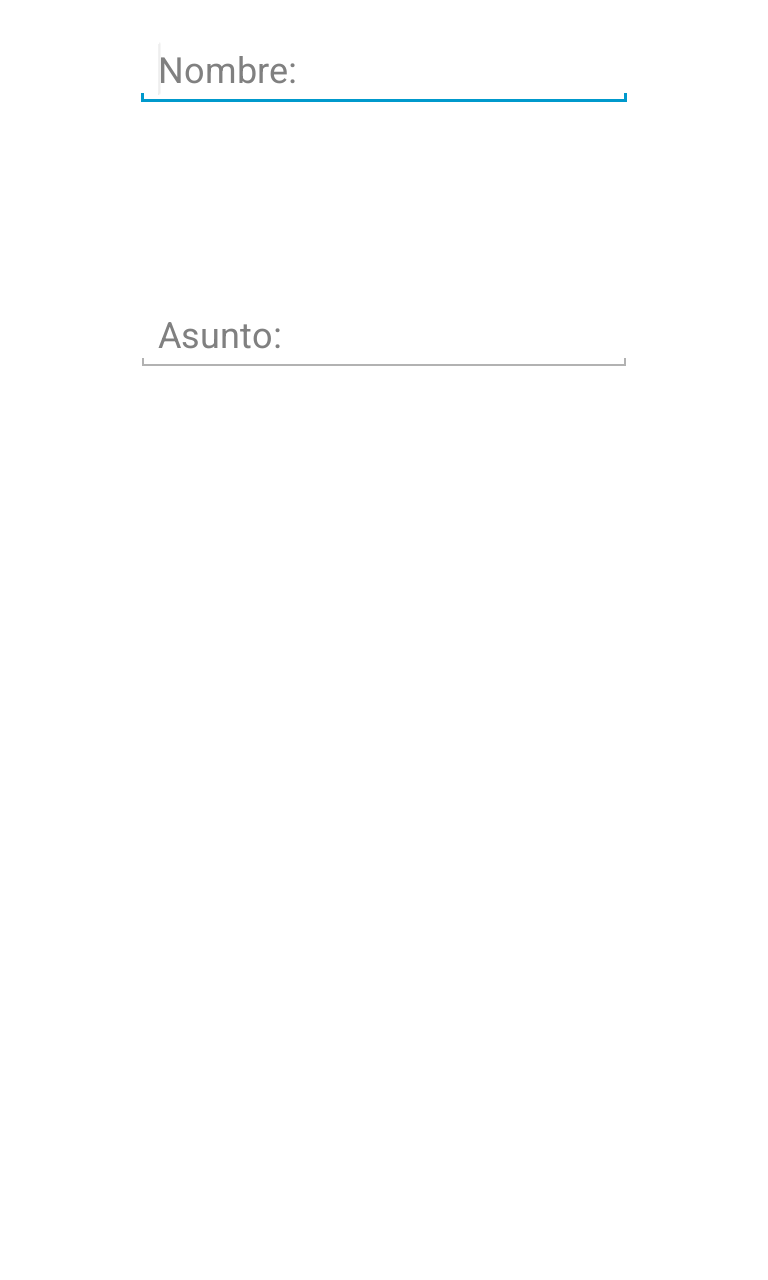
Repository: armandobs94/Dental.App
Layout: AplicacionMovil/DentalApp/Dental.App/res/layout/layout_contacto.xml
An editor plug-in stored every save of this project. The layout is shown before and after the next save, followed by the edit.
It is drawn on a 768 x 1280 px phone screen (xhdpi) without system bars, with theme AppTheme; the app's code is not run.

Above is the layout before, as saved 2015-06-13 03:33:37.

After the next save:
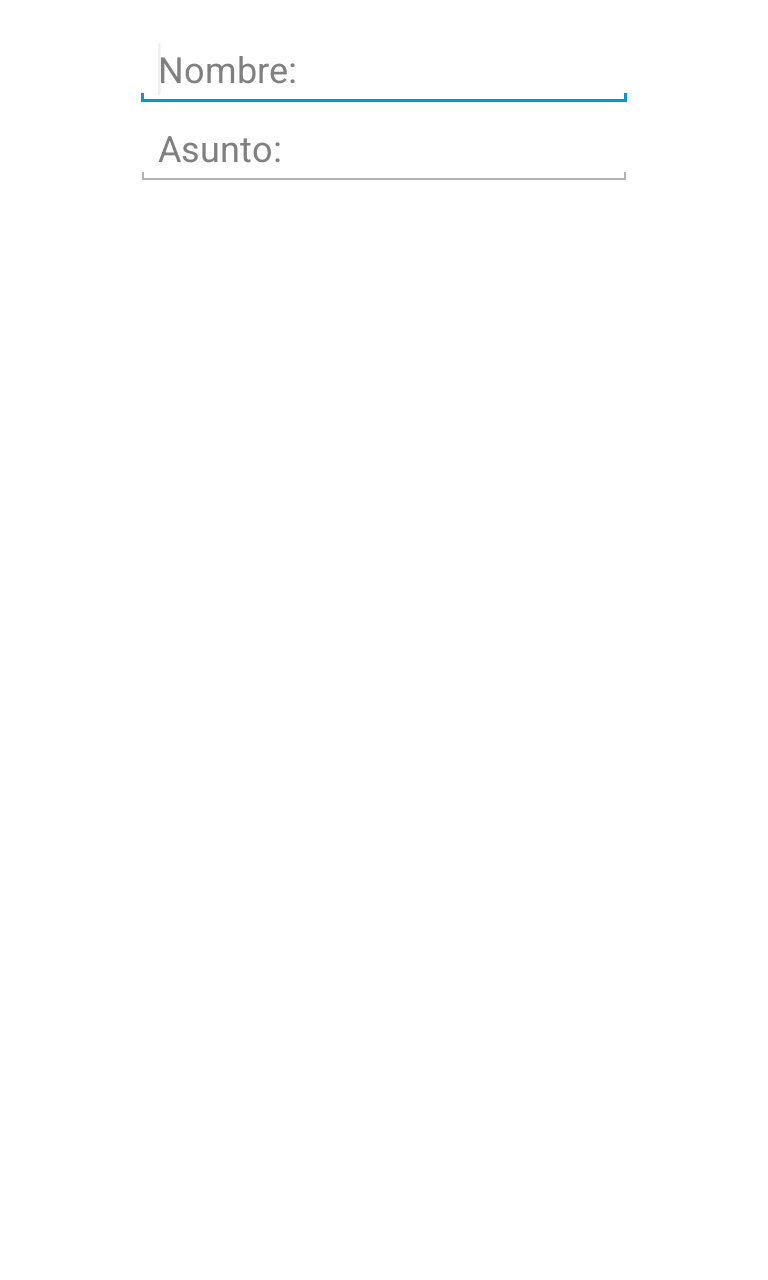
Saved 11 s later.
--- a/AplicacionMovil/DentalApp/Dental.App/res/layout/layout_contacto.xml
+++ b/AplicacionMovil/DentalApp/Dental.App/res/layout/layout_contacto.xml
@@ -35,8 +35,7 @@
                 android:layout_height="wrap_content"
                 android:layout_gravity="center_horizontal"
                 android:ems="10"
-                android:hint="@string/campoAsunto"
-                android:paddingTop="100dp" />
+                android:hint="@string/campoAsunto" />
 
         </LinearLayout>
     </ScrollView>
